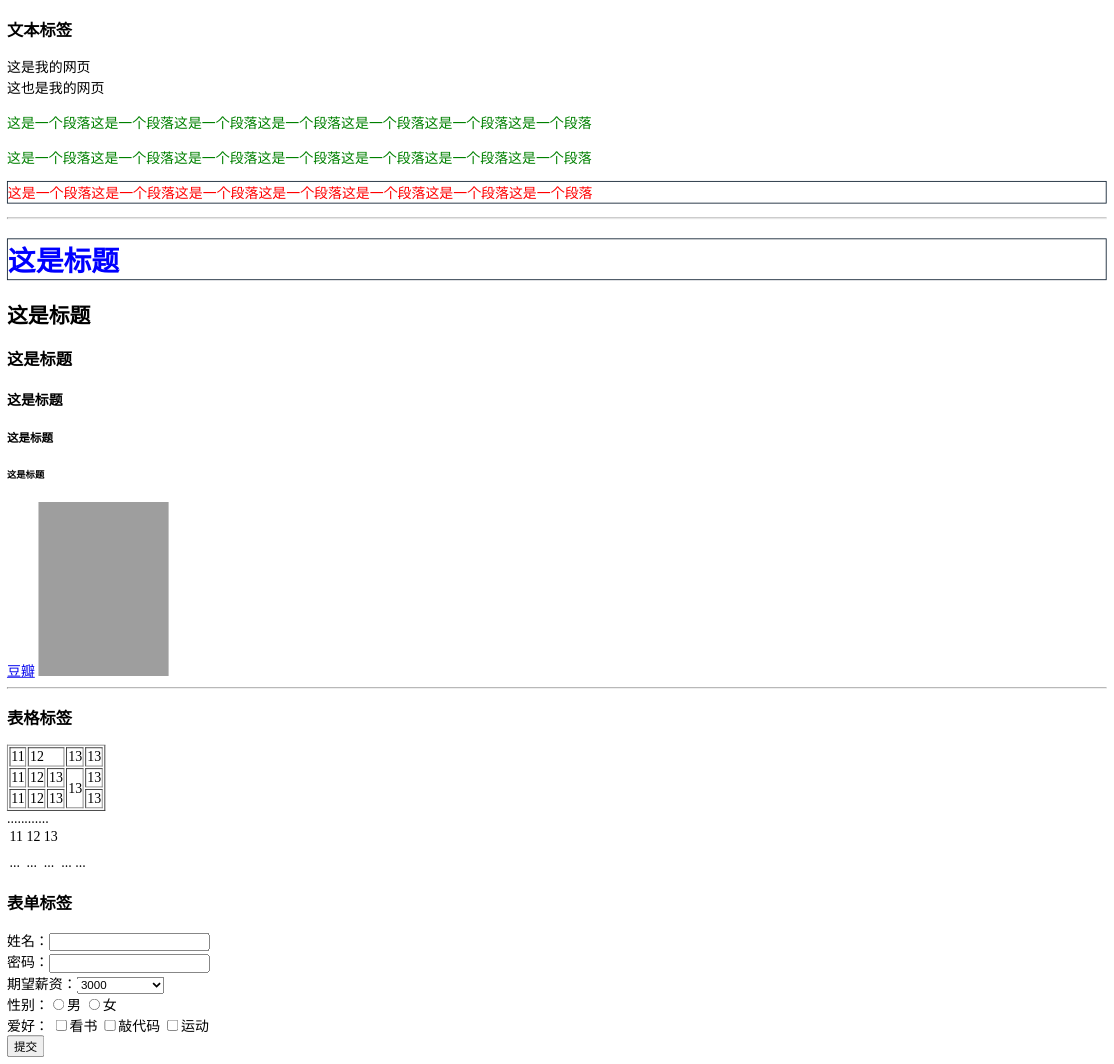
Repository: Jiege005/mytest-software-project
Page: mytest/WebContent/NewFile.html
An editor plug-in stored every save of this project. The page is shown before and after the next save, followed by the edit.
The browser window is 1280 px wide. The pictures show the whole page, at 87% of full size.
Pictures or frames that could not be fetched are drawn as grey boxes.

Above is the page before, as saved 2025-06-17 07:59:17.

### mytest/WebContent/NewFile.html
<!DOCTYPE html>
<html>
	<head>
		<meta charset="UTF-8">
		<title>我的网页</title>
	    <!-- 标签选择器 -->
		<style type="text/css">
			#p1{
				color: green;
			}
			p{
				color: red;
			}
			.c{
				color: blue;
				border: 1px solid #123;
			}
		</style>


		 <!-- 引入外部css文件 -->
		 <link rel="stylesheet" type="text/css" href="css/index.css">
	</head>
	<body>
		<!-- 文本标签 -->
		<h3>文本标签</h3>
		这是我的网页<br>这也是我的网页 <br>
		<p id="p1">这是一个段落这是一个段落这是一个段落这是一个段落这是一个段落这是一个段落这是一个段落</p>
		<p id="p1">这是一个段落这是一个段落这是一个段落这是一个段落这是一个段落这是一个段落这是一个段落</p>
		<p class="c" style="color: red;">这是一个段落这是一个段落这是一个段落这是一个段落这是一个段落这是一个段落这是一个段落</p>
		<hr>
		<h1 class="c">这是标题</h1>
		<h2>这是标题</h2>
		<h3>这是标题</h3>
		<h4>这是标题</h4>
		<h5>这是标题</h5>
		<h6>这是标题</h6>
		<a href="https://www.douban.com/" target="_blank">豆瓣</a>
		<a href="https://movie.douban.com/subject/36247731/?from=showing" target="_blank">
			<img alt="电影" title="驯龙高手" src="images/img1.png" width="150" height="200">
		</a>

		<hr>
		<h3>表格标签</h3>
		<table border="1">
			<tr>
				<td>11</td>
				<td colspan="2">12</td>
				<td>13</td>
				<td>13</td>
			</tr>
			<tr>
				<td>11</td>
				<td>12</td>
				<td>13</td>
				<td rowspan="2">13</td>
				<td>13</td>
			</tr>
			<tr>
				<td>11</td>
				<td>12</td>
				<td>13</td>
				<td>13</td>
			</tr>
		</table>

		<table class="table table-hover">
  			<!-- On rows -->
			<tr class="active">
				<td>11</td>
				<td>12</td>
				<td>13</td>
			</tr>
			<tr class="success">...</tr>
			<tr class="warning">...</tr>
			<tr class="danger">...</tr>
			<tr class="info">...</tr>

			<!-- On cells (`td` or `th`) -->
			<tr>
			  <td class="active">...</td>
			  <td class="success">...</td>
			  <td class="warning">...</td>
			  <td class="danger">...</td>
			  <td class="info">...</td>
			</tr>
		</table>

		<h3>表单标签</h3>
		<form action="other.html">
			姓名：<input type="text" name="name"><br>
			密码：<input type="password" name="password"><br>
			期望薪资：<select>
						<option>3000</option>
						<option>3000-6000</option>
						<option>6000-10000</option>
						<option>10000-20000</option>
						<option>越多越好</option>
			         </select><br>
                        性别：<input type="radio" name="sex" id="boy"><label for="boy">男</label>
                 <input type="radio" name="sex" id="girl"><label for="girl">女</label><br>
			爱好： <input type="checkbox" name="hobby">看书
			      <input type="checkbox" name="hobby">敲代码
			      <input type="checkbox" name="hobby">运动<br>
			<input type="submit" value="提交">
		</form>

	</body>
</html>

### mytest/WebContent/css/index.css
#p1{
	color: green;
}
p{
	color: red;
}
.c{
	color: blue;
}

After the next save:
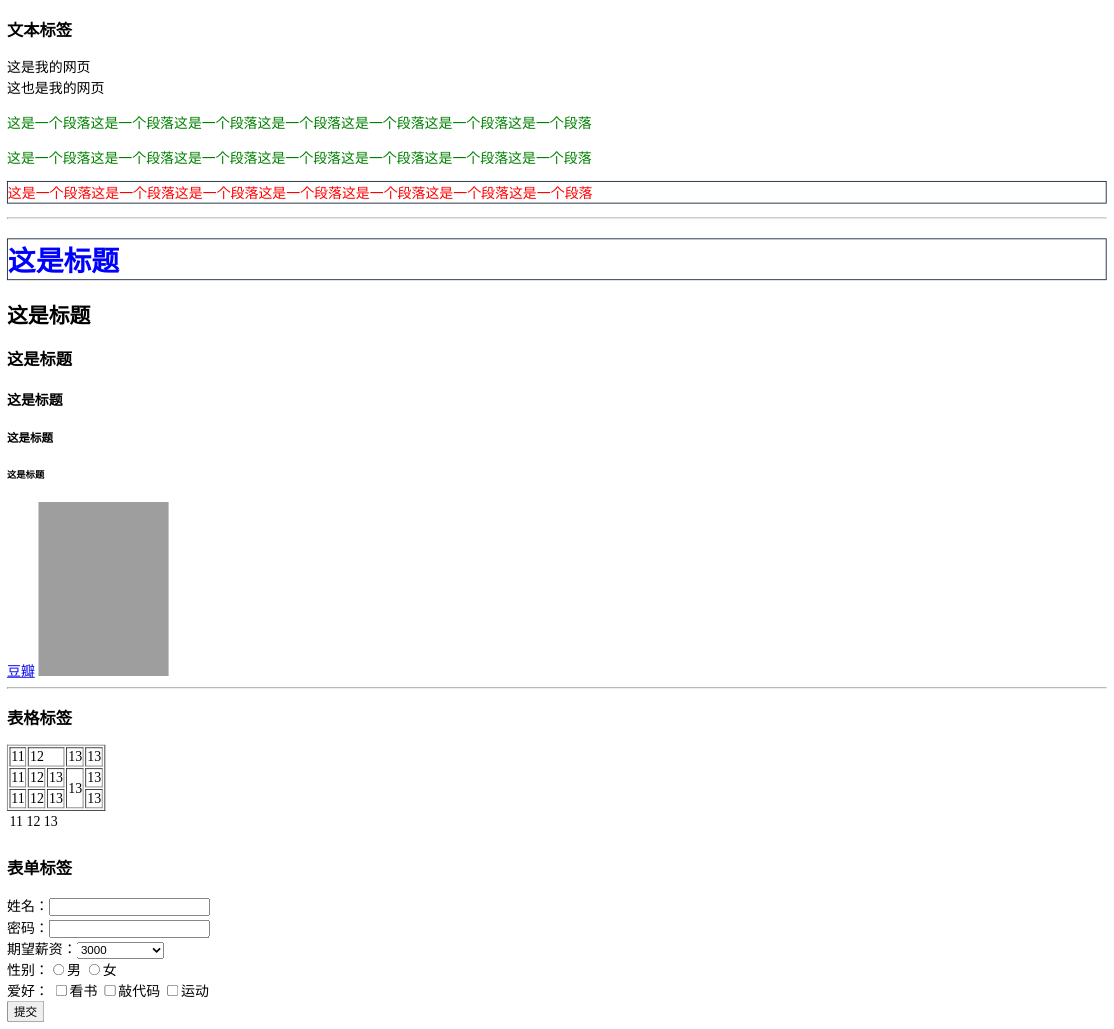
Saved 22 s later.
--- a/mytest/WebContent/NewFile.html
+++ b/mytest/WebContent/NewFile.html
@@ -71,19 +71,12 @@
 				<td>12</td>
 				<td>13</td>
 			</tr>
-			<tr class="success">...</tr>
-			<tr class="warning">...</tr>
-			<tr class="danger">...</tr>
-			<tr class="info">...</tr>
+			<tr class="success"></tr>
+			<tr class="warning"></tr>
+			<tr class="danger"></tr>
+			<tr class="info"></tr>
 
-			<!-- On cells (`td` or `th`) -->
-			<tr>
-			  <td class="active">...</td>
-			  <td class="success">...</td>
-			  <td class="warning">...</td>
-			  <td class="danger">...</td>
-			  <td class="info">...</td>
-			</tr>
+
 		</table>
 
 		<h3>表单标签</h3>
